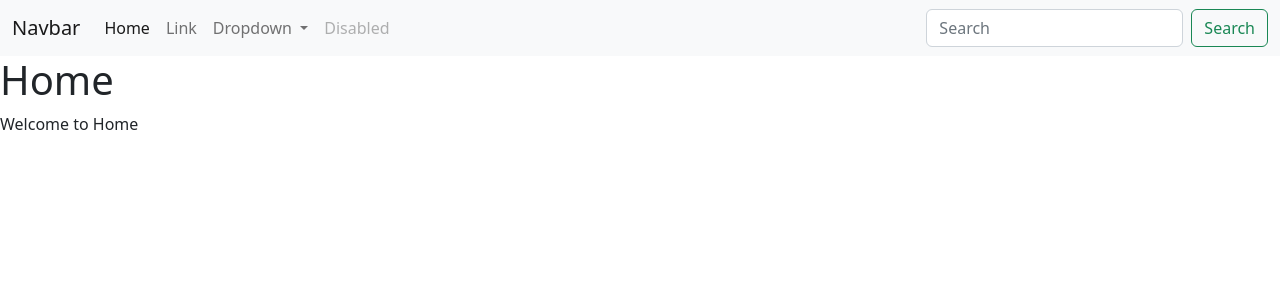
Repository: BlessingAjiboye/WEEK3DEP
Page: http://localhost/
The author's editor kept a copy of each file at every save. The page is drawn from the files as they stood at one save, then again after the next save.
The browser window is 1280 px wide. The pictures show the whole page.
The page is served by the project's Node server (server.js). Other server files are loaded and not shown.

Above is the page before, as saved 2022-09-20 12:39:33.

### views/index.ejs
<!DOCTYPE html>
<html lang="en">
<head>
  <meta charset="UTF-8">
  <meta http-equiv="X-UA-Compatible" content="IE=edge">
  <meta name="viewport" content="width=device-width, initial-scale=1.0">
  <title><%= title %></title>
  <!--css section-->
  <link rel="stylesheet"href="/bootstrap/dist/css/bootstrap.min.css"/>
  <link rel="stylesheet"href="@fortawesome/fontawesome-free/css/all.min.css"/>
  <link rel='stylesheet' href='/Content/app.css' />
</head>
<body>
  <nav class="navbar navbar-expand-lg bg-light">
    <div class="container-fluid">
      <a class="navbar-brand" href="#">Navbar</a>
      <button class="navbar-toggler" type="button" data-bs-toggle="collapse" data-bs-target="#navbarSupportedContent" aria-controls="navbarSupportedContent" aria-expanded="false" aria-label="Toggle navigation">
        <span class="navbar-toggler-icon"></span>
      </button>
      <div class="collapse navbar-collapse" id="navbarSupportedContent">
        <ul class="navbar-nav me-auto mb-2 mb-lg-0">
          <li class="nav-item">
            <a class="nav-link active" aria-current="page" href="#">Home</a>
          </li>
          <li class="nav-item">
            <a class="nav-link" href="#">Link</a>
          </li>
          <li class="nav-item dropdown">
            <a class="nav-link dropdown-toggle" href="#" role="button" data-bs-toggle="dropdown" aria-expanded="false">
              Dropdown
            </a>
            <ul class="dropdown-menu">
              <li><a class="dropdown-item" href="#">Action</a></li>
              <li><a class="dropdown-item" href="#">Another action</a></li>
              <li><hr class="dropdown-divider"></li>
              <li><a class="dropdown-item" href="#">Something else here</a></li>
            </ul>
          </li>
          <li class="nav-item">
            <a class="nav-link disabled">Disabled</a>
          </li>
        </ul>
        <form class="d-flex" role="search">
          <input class="form-control me-2" type="search" placeholder="Search" aria-label="Search">
          <button class="btn btn-outline-success" type="submit">Search</button>
        </form>
      </div>
    </div>
  </nav>
  <h1><%= title %></h1>
  <p>Welcome to <%= title %></p>

  <!--Script section-->
  <script src="/jquery/dist/jquery.min.js"></script>
  <script src="/bootstrap/dist/js/bootstrap.min.js"></script>
  <script src="/Scripts/app.js"></script>
</body>
</html>

### server.js
#!/usr/bin/env node

/**
 * Module dependencies.
 */

var app = require('./app');
var debug = require('debug')('week344:server');
var http = require('http');

/**
 * Get port from environment and store in Express.
 */

var port = normalizePort(process.env.PORT || '3000');
app.set('port', port);

/**
 * Create HTTP server.
 */

var server = http.createServer(app);

/**
 * Listen on provided port, on all network interfaces.
 */

server.listen(port);
server.on('error', onError);
server.on('listening', onListening);

/**
 * Normalize a port into a number, string, or false.
 */

function normalizePort(val) {
  var port = parseInt(val, 10);

  if (isNaN(port)) {
    // named pipe
    return val;
  }

  if (port >= 0) {
    // port number
    return port;
  }

  return false;
}

/**
 * Event listener for HTTP server "error" event.
 */

function onError(error) {
  if (error.syscall !== 'listen') {
    throw error;
  }

  var bind = typeof port === 'string'
    ? 'Pipe ' + port
    : 'Port ' + port;

  // handle specific listen errors with friendly messages
  switch (error.code) {
    case 'EACCES':
      console.error(bind + ' requires elevated privileges');
      process.exit(1);
      break;
    case 'EADDRINUSE':
      console.error(bind + ' is already in use');
      process.exit(1);
      break;
    default:
      throw error;
  }
}

/**
 * Event listener for HTTP server "listening" event.
 */

function onListening() {
  var addr = server.address();
  var bind = typeof addr === 'string'
    ? 'pipe ' + addr
    : 'port ' + addr.port;
  debug('Listening on ' + bind);
}

### routes/index.js
var express = require('express');
var router = express.Router();

/* GET home page. */
router.get('/', function(req, res, next) {
  res.render('index', { title: 'Home' });
});

router.get('/home', function(req, res, next) {
  res.render('index', { title: 'Home' });
});
router.get('/about', function(req, res, next) {
  res.render('index', { title: 'About' });
});

router.get('/Products', function(req, res, next) {
  res.render('index', { title: 'Products' });
});

router.get('/Services', function(req, res, next) {
  res.render('index', { title: 'Services' });
});

router.get('/Contact', function(req, res, next) {
  res.render('index', { title: 'Contact' });
});
module.exports = router;

### app.js
var createError = require('http-errors');
var express = require('express');
var path = require('path');
var cookieParser = require('cookie-parser');
var logger = require('morgan');

var indexRouter = require('./routes/index');
var usersRouter = require('./routes/users');

var app = express();

// view engine setup
app.set('views', path.join(__dirname, 'views'));
app.set('view engine', 'ejs');

app.use(logger('dev'));
app.use(express.json());
app.use(express.urlencoded({ extended: false }));
app.use(cookieParser());
app.use(express.static(path.join(__dirname, 'public')));
app.use(express.static(path.join(__dirname, 'node_modules')));
app.use('/', indexRouter);
app.use('/users', usersRouter);

// catch 404 and forward to error handler
app.use(function(req, res, next) {
  next(createError(404));
});

// error handler
app.use(function(err, req, res, next) {
  // set locals, only providing error in development
  res.locals.message = err.message;
  res.locals.error = req.app.get('env') === 'development' ? err : {};

  // render the error page
  res.status(err.status || 500);
  res.render('error');
});

module.exports = app;

### public/Content/app.css
/* custom css goes here*/

### public/Scripts/app.js
(function(){
    function start()
    {
        console.log("App started...");
    }
    window.addEventListener("load",start);
})();

After the next save:
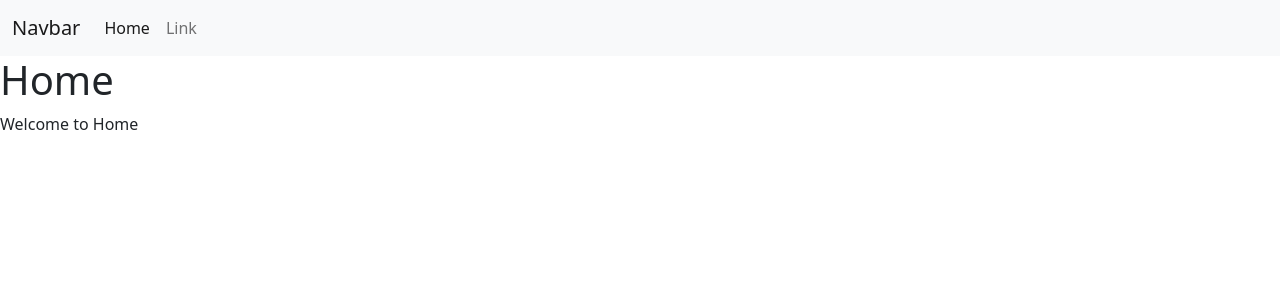
Saved 35 s later.
--- a/views/index.ejs
+++ b/views/index.ejs
@@ -25,25 +25,7 @@
           <li class="nav-item">
             <a class="nav-link" href="#">Link</a>
           </li>
-          <li class="nav-item dropdown">
-            <a class="nav-link dropdown-toggle" href="#" role="button" data-bs-toggle="dropdown" aria-expanded="false">
-              Dropdown
-            </a>
-            <ul class="dropdown-menu">
-              <li><a class="dropdown-item" href="#">Action</a></li>
-              <li><a class="dropdown-item" href="#">Another action</a></li>
-              <li><hr class="dropdown-divider"></li>
-              <li><a class="dropdown-item" href="#">Something else here</a></li>
-            </ul>
-          </li>
-          <li class="nav-item">
-            <a class="nav-link disabled">Disabled</a>
-          </li>
-        </ul>
-        <form class="d-flex" role="search">
-          <input class="form-control me-2" type="search" placeholder="Search" aria-label="Search">
-          <button class="btn btn-outline-success" type="submit">Search</button>
-        </form>
+
       </div>
     </div>
   </nav>
